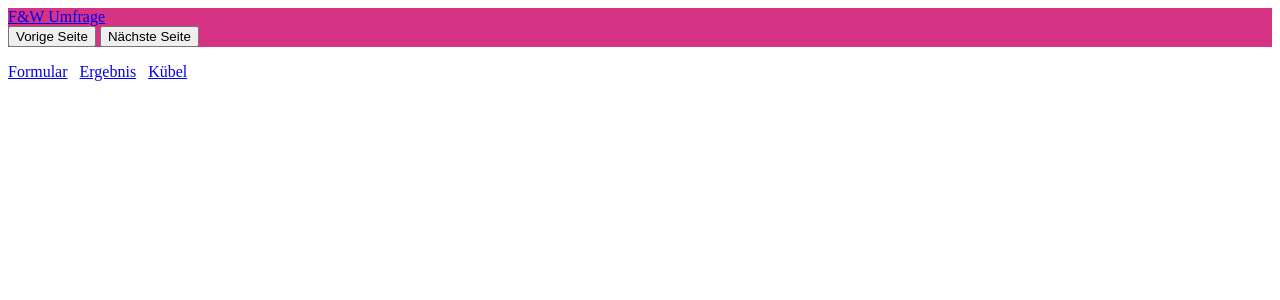
Repository: stephane71183101/Stephane-Personal-Health-Survey
Page: http://localhost/includes/header.php
An editor plug-in stored every save of this project. The page is shown before and after the next save, followed by the edit.
The browser window is 1280 px wide. The pictures show the whole page.
The page is run by PHP 8.4 with error messages shown; the project is at /var/www/html/.

Above is the page before, as saved 2022-03-16 10:37:49.

### includes/header.php

<header>
<nav class="navbar navbar-expand-lg navbar-light" style="background-color:#d63384">
    <div class="container-fluid">
        <a class="navbar-brand text-white" href="#">F&W Umfrage</a>
    <div class="nav justify-content-end" id="navbarNav">
    <form class="d-flexme-2">
    <button class="btn btn-outline-dark" type="submit">Vorige Seite</button>
    <button class="btn btn-outline-dark" type="submit">Nächste Seite</button>

    <?php
    /*
    include 'includes/nav-button-start.php'
    */
    ?>

    </form>
</nav>
</header>


<?php
$menuItems = array (
  array("/libelingstier.php", "Formular"),
  array("/lieblingstierResult.php", "Ergebnis"),
  array("/lieblingsfarbe.php", "Kübel")
  );
  foreach ($menuItems as $item) {
    echo "<a href='$item[0]'>$item[1]</a>&nbsp;&nbsp;&nbsp;";
  }
?>

After the next save:
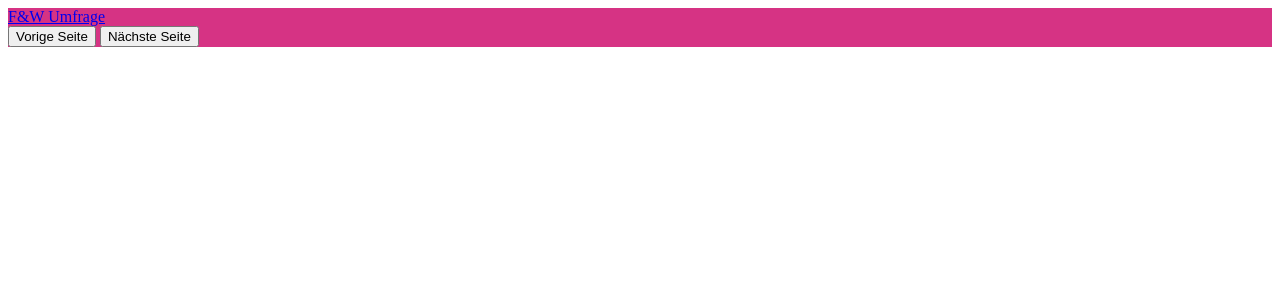
Saved 9 s later.
--- a/includes/header.php
+++ b/includes/header.php
@@ -17,15 +17,3 @@
     </form>
 </nav>
 </header>
-
-
-<?php
-$menuItems = array (
-  array("/libelingstier.php", "Formular"),
-  array("/lieblingstierResult.php", "Ergebnis"),
-  array("/lieblingsfarbe.php", "Kübel")
-  );
-  foreach ($menuItems as $item) {
-    echo "<a href='$item[0]'>$item[1]</a>&nbsp;&nbsp;&nbsp;";
-  }
-?>
